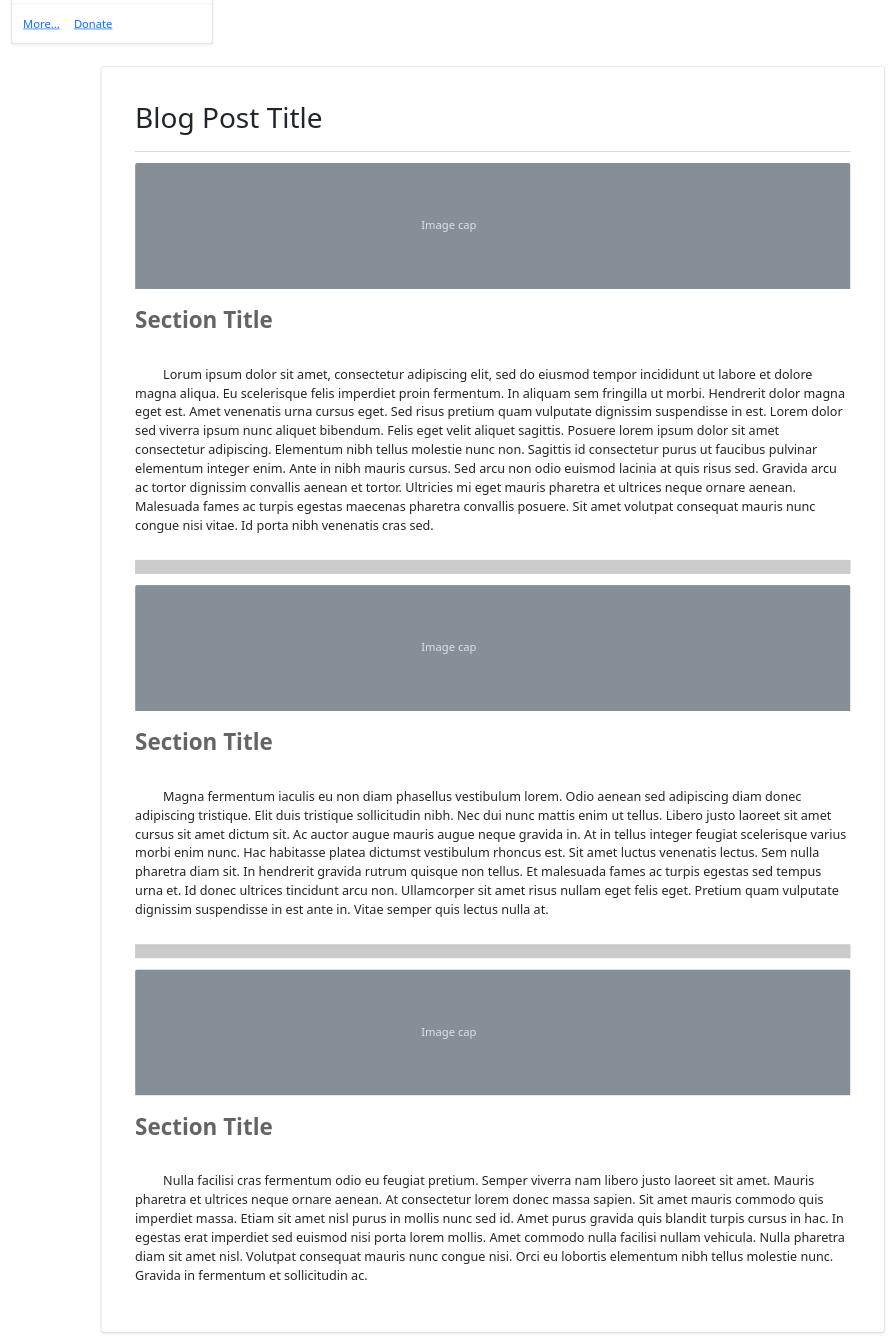
Repository: LublubXT/Azi-Tec-Team
Page: views/templates/blogs/personalblog/home.html
An editor plug-in stored every save of this project. The page is shown before and after the next save, followed by the edit.
The browser window is 1280 px wide. The pictures show the part of the page from y = 1387 to 3307 px (the page is 3307 px tall), at 70% of full size.

Above is the page before, as saved 2021-03-11 09:36:15.

After the next save:
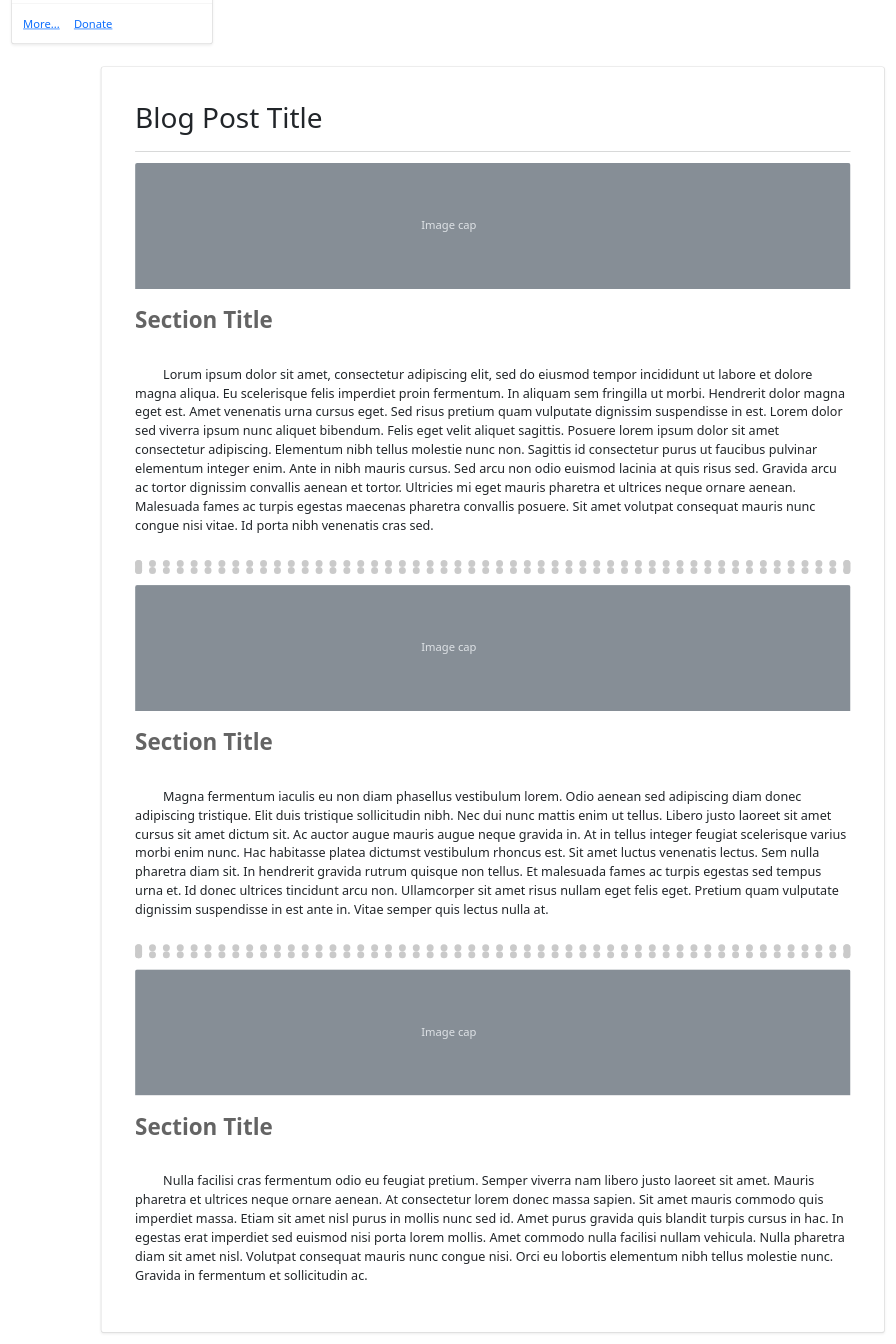
Saved 45 s later.
--- a/views/templates/blogs/personalblog/css/style.css
+++ b/views/templates/blogs/personalblog/css/style.css
@@ -77,6 +77,6 @@ body {
 .blog_hr {
     color: rgb(50, 50, 50);
     background: transparent;
-    border: 10px solid rgb(50, 50, 50);
+    border: 10px dotted rgb(50, 50, 50);
     margin: 20 auto;
 }
